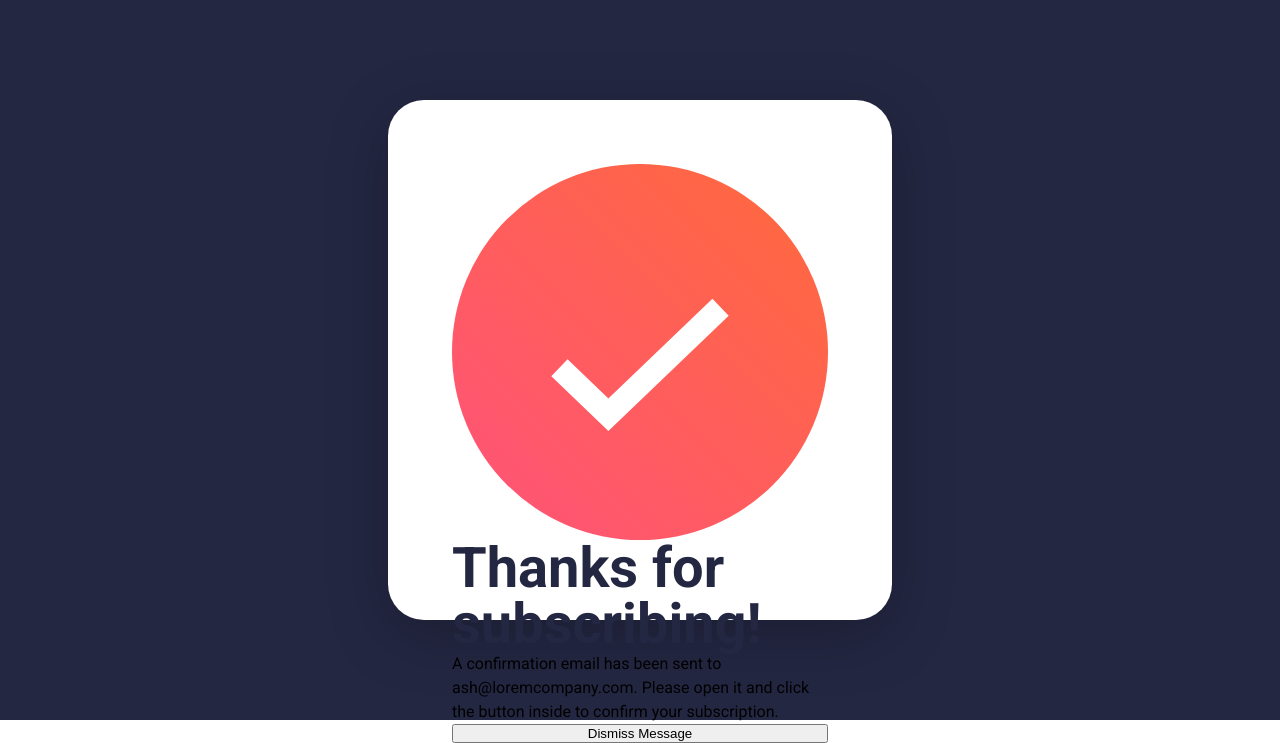
Repository: brandontaylor1/newsletter-signup
Page: success.html
The author's editor kept a copy of each file at every save. The page is drawn from the files as they stood at one save, then again after the next save.
The browser window is 1280 px wide. The pictures show the whole page.

Above is the page before, as saved 2025-01-19 22:37:46.

After the next save:
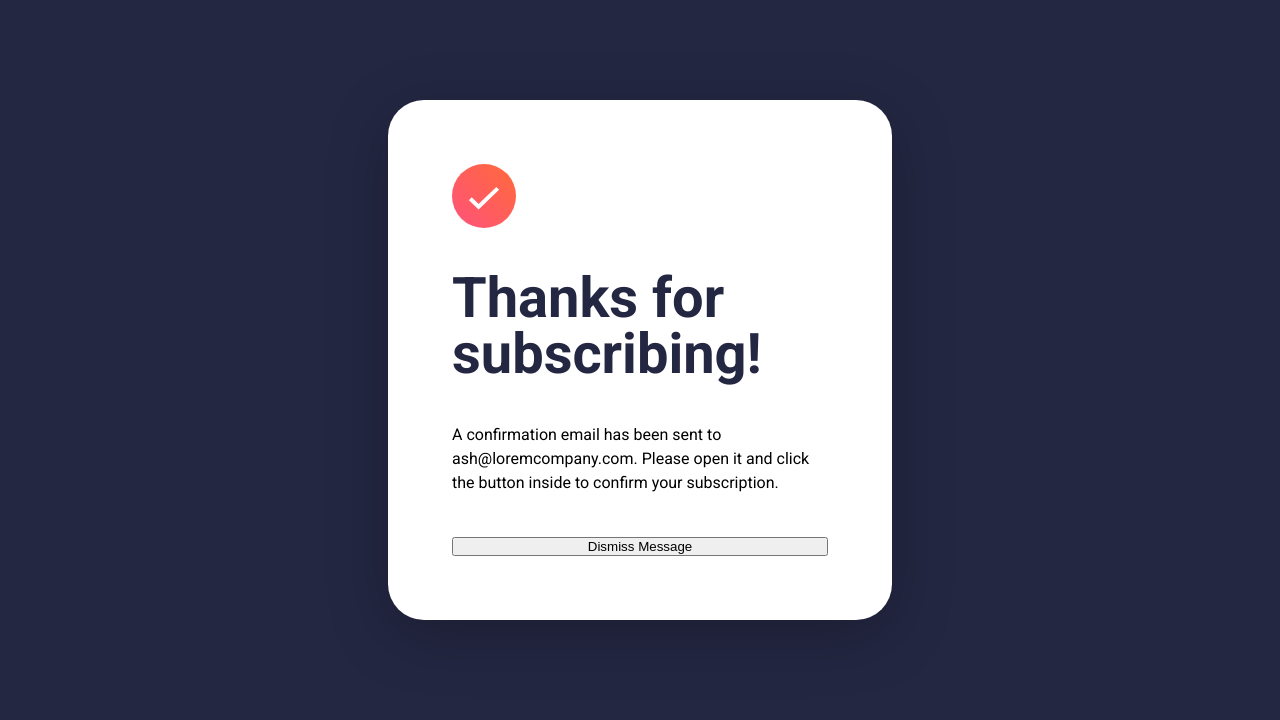
Saved 39 s later.
--- a/success.css
+++ b/success.css
@@ -56,6 +56,11 @@
     line-height: 100%; /* 56px */
 }
 
+.success-card img {
+    width: 64px;
+    height: 64px;
+}
+
 button {
     width: 100%;
 }
